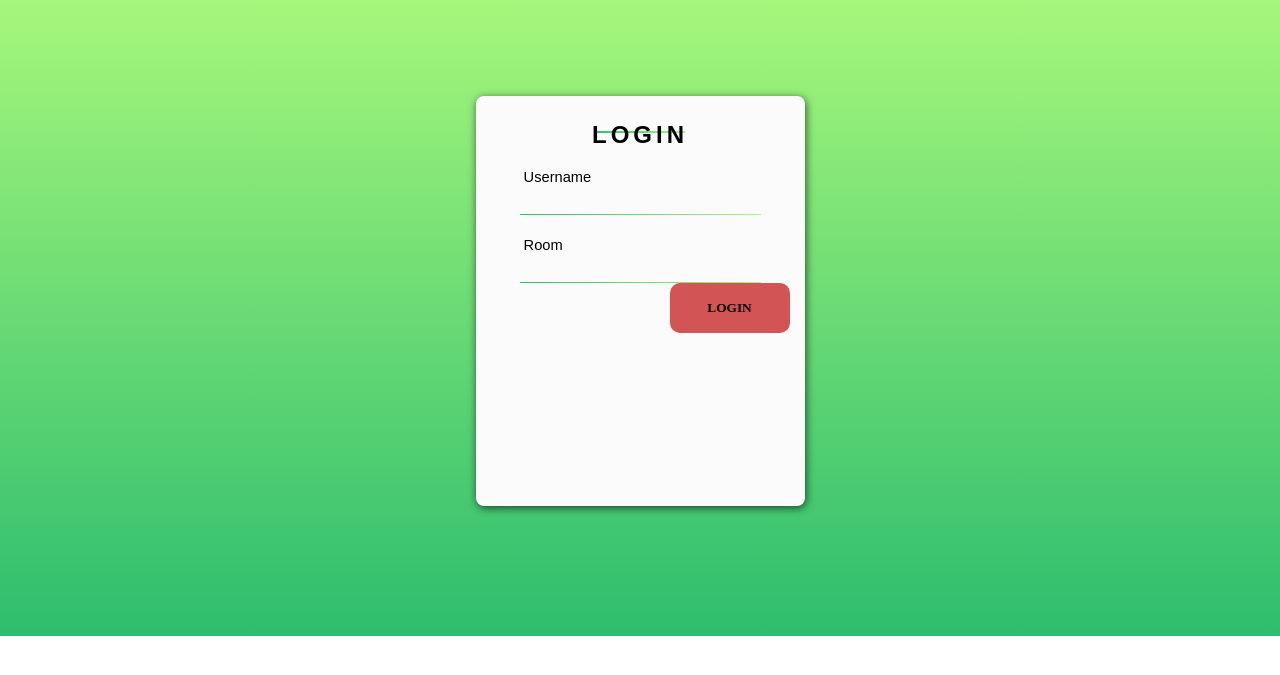
Repository: satyam12116/chat
Page: public/index.html
The author's editor kept a copy of each file at every save. The page is drawn from the files as they stood at one save, then again after the next save.
The browser window is 1280 px wide. The pictures show the whole page.
Some web libraries are served in a nearby version.

Above is the page before, as saved 2023-03-26 10:54:34.

### public/index.html
<!DOCTYPE html>
<html lang="en">
	<head>
		<meta charset="UTF-8" />
		<meta name="viewport" content="width=device-width, initial-scale=1.0" />
		<meta http-equiv="X-UA-Compatible" content="ie=edge" />
		<link
			rel="stylesheet"
			href="https://cdnjs.cloudflare.com/ajax/libs/font-awesome/5.12.1/css/all.min.css"
			integrity="sha256-mmgLkCYLUQbXn0B1SRqzHar6dCnv9oZFPEC1g1cwlkk="
			crossorigin="anonymous"
		/>
		<link rel="stylesheet" href="css/style.css" />
		<title>ChatCord App</title>
	</head>
	<body>
		<!-- <div class="join-container">
			<header class="join-header">
				<h1><i class="fas fa-smile"></i> ChatCord</h1>
			</header>
			<main class="join-main">
				<form action="chat.html">
					<div class="form-control">
						<label for="username">Username</label>
						<input
							type="text"
							name="username"
							id="username"
							placeholder="Enter username..."
							required
						/>
					</div>
					<div class="form-control">
						<label for="room">Room</label>
						<select name="room" id="room">
							<option value="JavaScript">JavaScript</option>
							<option value="Python">Python</option>
							<option value="PHP">PHP</option>
							<option value="C#">C#</option>
							<option value="Ruby">Ruby</option>
							<option value="Java">Java</option>
						</select>
					</div>
					<button type="submit"class="glow-on-hover">Join Chat</button>
				</form>
			</main>
		</div> -->
		<div id="card">
			<div id="card-content">
			  <div id="card-title">
				<h2>LOGIN</h2>
				<div class="underline-title"></div>
			  </div>
			  <form method="post" class="form">
				<label for="user-email" style="padding-top:13px">
					&nbsp;Username
				  </label>
				<input id="user-email" class="form-content" type="email" name="email" autocomplete="on" required />
				<div class="form-border"></div>
				<label for="user-password" style="padding-top:22px">&nbsp;Room
				  </label>
				<input id="user-password" class="form-content" type="password" name="password" required />
				<div class="form-border"></div>
				<!-- <a href="#">
				  <legend id="forgot-pass">Forgot password?</legend>
				</a> -->
				<!-- <input id="submit-btn" type="submit" name="submit" value="LOGIN" /> -->
				<input class="glow-on-hover" type="submit" name="submit" value="LOGIN" />
				<!-- <a href="#" id="signup">Don't have account yet?</a> -->
			  </form>
			</div>
		  </div>
	</body>
</html>

### public/css/style.css
@import url('https://fonts.googleapis.com/css?family=Roboto&display=swap');

:root {
	--dark-color-a: #667aff;
	--dark-color-b: #7386ff;
	--light-color: #e6e9ff;
	--success-color: #5cb85c;
	--error-color: #d9534f;
}

* {
	box-sizing: border-box;
	margin: 0;
	padding: 0;
}

body {
	font-family: 'Roboto', sans-serif;
	font-size: 16px;
	background: var(--light-color);
	margin: 20px;
}

ul {
	list-style: none;
}

a {
	text-decoration: none;
}

.btn {
	cursor: pointer;
	padding: 5px 15px;
	background: var(--light-color);
	color: var(--dark-color-a);
	border: 0;
	font-size: 17px;
}

/* Chat Page */

.chat-container {
	max-width: 1100px;
	background: #fff;
	margin: 30px auto;
	overflow: hidden;
}

.chat-header {
	background: var(--dark-color-a);
	color: #fff;
	border-top-left-radius: 5px;
	border-top-right-radius: 5px;
	padding: 15px;
	display: flex;
	align-items: center;
	justify-content: space-between;
}

.chat-main {
	display: grid;
	grid-template-columns: 1fr 3fr;
}

.chat-sidebar {
	background: var(--dark-color-b);
	color: #fff;
	padding: 20px 20px 60px;
	overflow-y: scroll;
}

.chat-sidebar h2 {
	font-size: 20px;
	background: rgba(0, 0, 0, 0.1);
	padding: 10px;
	margin-bottom: 20px;
}

.chat-sidebar h3 {
	margin-bottom: 15px;
}

.chat-sidebar ul li {
	padding: 10px 0;
}

.chat-messages {
	padding: 30px;
	max-height: 500px;
	overflow-y: scroll;
}

.chat-messages .message {
	padding: 10px;
	margin-bottom: 15px;
	background-color: var(--light-color);
	border-radius: 5px;
	overflow-wrap: break-word;
}

.chat-messages .message .meta {
	font-size: 15px;
	font-weight: bold;
	color: var(--dark-color-b);
	opacity: 0.7;
	margin-bottom: 7px;
}

.chat-messages .message .meta span {
	color: #777;
}

.chat-form-container {
	padding: 20px 30px;
	background-color: var(--dark-color-a);
}

.chat-form-container form {
	display: flex;
}

.chat-form-container input[type='text'] {
	font-size: 16px;
	padding: 5px;
	height: 40px;
	flex: 1;
}

/* Join Page */
.join-container {
	max-width: 500px;
	margin: 80px auto;
	color: #fff;
}

.join-header {
	text-align: center;
	padding: 20px;
	background: var(--dark-color-a);
	border-top-left-radius: 5px;
	border-top-right-radius: 5px;
}

.join-main {
	padding: 30px 40px;
	background: var(--dark-color-b);
}

.join-main p {
	margin-bottom: 20px;
}

.join-main .form-control {
	margin-bottom: 20px;
}

.join-main label {
	display: block;
	margin-bottom: 5px;
}

.join-main input[type='text'] {
	font-size: 16px;
	padding: 5px;
	height: 40px;
	width: 100%;
}

.join-main select {
	font-size: 16px;
	padding: 5px;
	height: 40px;
	width: 100%;
}

.join-main .btn {
	margin-top: 20px;
	width: 100%;
}

@media (max-width: 700px) {
	.chat-main {
		display: block;
	}

	.chat-sidebar {
		display: none;
	}
}

.glow-on-hover {
	margin-left:150px;
	font-family: cursive;
	font-weight: bold;
    width: 120px;
    height: 50px;
    border: none;
    outline: none;
    color: black;
    background:rgb(211, 84, 84);
    cursor: pointer;
    position: relative;
    z-index: 0;
    border-radius: 10px;
}

.glow-on-hover:before {
    content: '';
    background: linear-gradient(45deg, #ff0000, #ff7300, #fffb00, #48ff00, #00ffd5, #002bff, #7a00ff, #ff00c8, #ff0000);
    position: absolute;
    top: -2px;
    left:-2px;
    background-size: 400%;
    z-index: -1;
    filter: blur(5px);
    width: calc(100% + 4px);
    height: calc(100% + 4px);
    animation: glowing 20s linear infinite;
    opacity: 0;
    transition: opacity .3s ease-in-out;
    border-radius: 10px;
}

.glow-on-hover:active {
    color:whitesmoke;
}

.glow-on-hover:active:after {
    background: transparent;
}

.glow-on-hover:hover:before {
    opacity: 1;
}

.glow-on-hover:after {
    z-index: -1;
    content: '';
    position: absolute;
    width: 100%;
    height: 100%;
    background: whitesmoke;
    left: 0;
    top: 0;
    border-radius: 10px;
}

@keyframes glowing {
    0% { background-position: 0 0; }
    50% { background-position: 400% 0; }
    100% { background-position: 0 0; }
}
a {
	text-decoration: none;
  }
  body {
	background: -webkit-linear-gradient(bottom, #2dbd6e, #a6f77b);
	background-repeat: no-repeat;
  }
  label {
	font-family: "Raleway", sans-serif;
	font-size: 11pt;
  }
  #forgot-pass {
	color: #2dbd6e;
	font-family: "Raleway", sans-serif;
	font-size: 10pt;
	margin-top: 3px;
	text-align: right;
  }
  #card {
	background: #fbfbfb;
	border-radius: 8px;
	box-shadow: 1px 2px 8px rgba(0, 0, 0, 0.65);
	height: 410px;
	margin: 6rem auto 8.1rem auto;
	width: 329px;
  }
  #card-content {
	padding: 12px 44px;
  }
  #card-title {
	font-family: "Raleway Thin", sans-serif;
	letter-spacing: 4px;
	padding-bottom: 23px;
	padding-top: 13px;
	text-align: center;
  }
  #signup {
	color: #2dbd6e;
	font-family: "Raleway", sans-serif;
	font-size: 10pt;
	margin-top: 16px;
	text-align: center;
  }
  #submit-btn {
	background: -webkit-linear-gradient(right, #a6f77b, #2dbd6e);
	border: none;
	border-radius: 21px;
	box-shadow: 0px 1px 8px #24c64f;
	cursor: pointer;
	color: white;
	font-family: "Raleway SemiBold", sans-serif;
	height: 42.3px;
	margin: 0 auto;
	margin-top: 50px;
	transition: 0.25s;
	width: 153px;
  }
  #submit-btn:hover {
	box-shadow: 0px 1px 18px #24c64f;
  }
  .form {
	align-items: left;
	display: flex;
	flex-direction: column;
  }
  .form-border {
	background: -webkit-linear-gradient(right, #a6f77b, #2ec06f);
	height: 1px;
	width: 100%;
  }
  .form-content {
	background: #fbfbfb;
	border: none;
	outline: none;
	padding-top: 14px;
  }
  .underline-title {
	background: -webkit-linear-gradient(right, #a6f77b, #2ec06f);
	height: 2px;
	margin: -1.1rem auto 0 auto;
	width: 89px;
  }

After the next save:
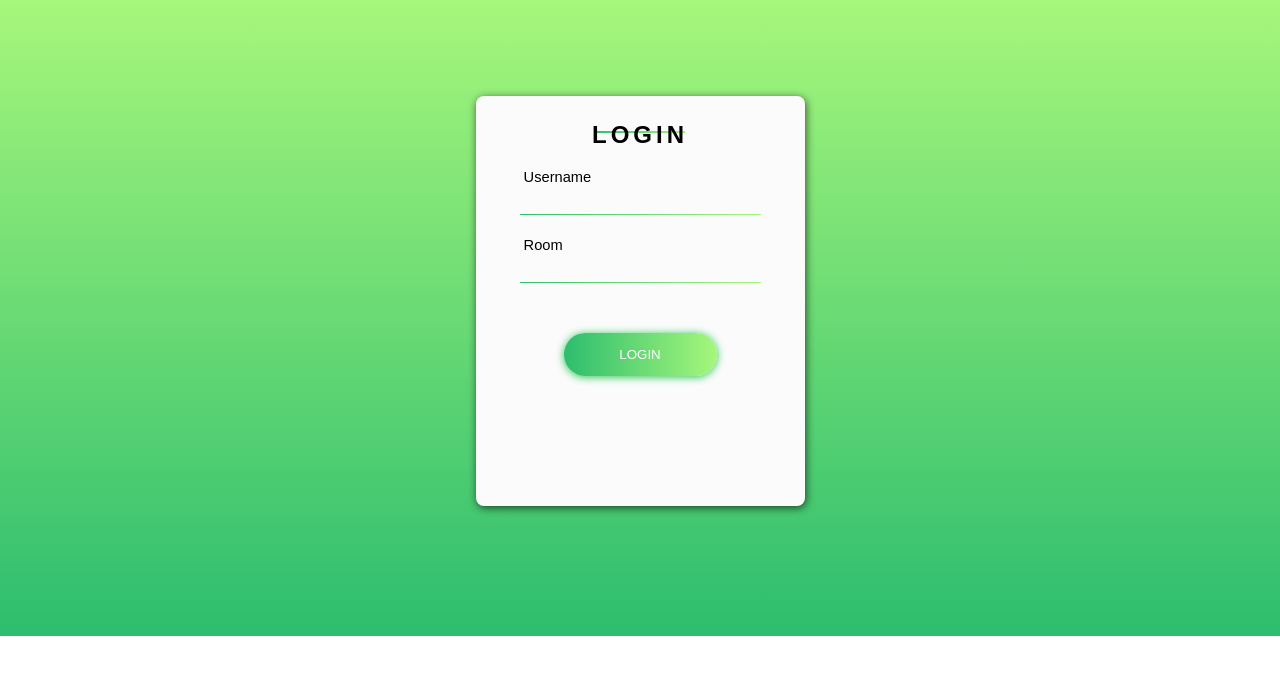
Saved 32 s later.
--- a/public/index.html
+++ b/public/index.html
@@ -64,8 +64,7 @@
 				<!-- <a href="#">
 				  <legend id="forgot-pass">Forgot password?</legend>
 				</a> -->
-				<!-- <input id="submit-btn" type="submit" name="submit" value="LOGIN" /> -->
-				<input class="glow-on-hover" type="submit" name="submit" value="LOGIN" />
+				<input id="submit-btn" type="submit" name="submit" value="LOGIN" />
 				<!-- <a href="#" id="signup">Don't have account yet?</a> -->
 			  </form>
 			</div>
